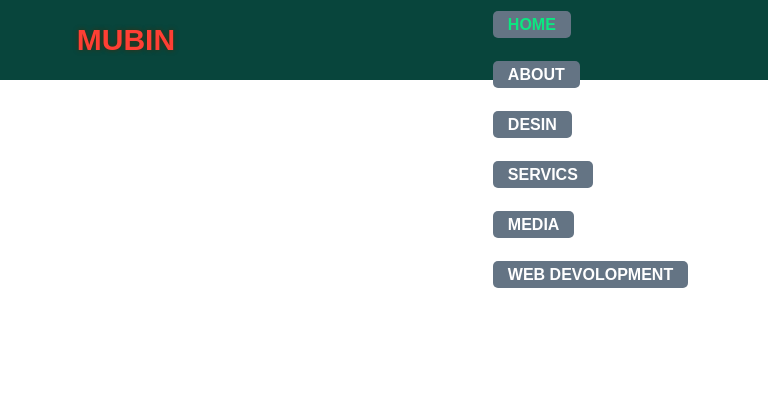
Repository: mdaj6804gmail/1-page-web-theme
Page: index.html
The author's editor kept a copy of each file at every save. The page is drawn from the files as they stood at one save, then again after the next save.
The browser window is 768 px wide. The pictures show the whole page.

Above is the page before, as saved 2022-12-18 13:01:13.

### index.html
<!DOCTYPE html>
<html lang="en">
<head>
  <meta charset="UTF-8">
  <meta http-equiv="X-UA-Compatible" content="IE=edge">
  <meta name="viewport" content="width=device-width, initial-scale=1.0">
  <link rel="stylesheet" href="style.css">
  <title>NAVBAR</title>
</head>
<body>

  <nav>
    <div class="header">
      <label class="logo">MUBIN</label>
      <ul>
       <li><a href="#" style="color: #0be881;">home</a></li>
       <li><a href="#">about</a></li>
       <li><a href="#">desin</a></li>
       <li><a href="#">servics</a></li>
       <li><a href="#">media</a></li>
       <li><a href="#">web devolopment</a></li>
      </ul>

    </div>


  </nav>
</body>
</html>

### style.css
*{
  margin: 0;
  padding: 0;
  list-style: none;
  text-decoration: none;
}
body{
  font-family: Arial, Helvetica, sans-serif;
}
nav{
  background-color: rgb(8, 69, 60);
  width: 100%;
  height: 80px;

}
.header{
  width: 80%;

  margin: 0 auto;
}
nav .logo{
  font-size: 30px;
  color: rgba(255, 63, 52,1.0);
 text-align: center;
 line-height: 80px;
 font-weight: bold;
 text-shadow: 0 0 5px rgb(61, 44, 12);
}
nav ul{
  float: right;

}
nav ul li{
  display: inline-block;
  line-height:80px;
  padding: 0 3px;

}
nav ul li a{
  color: white;
  text-transform: uppercase;
  font-weight:bold;
  padding:5px 15px;
  background-color:rgb(100, 116, 132) ;
  border-radius: 5px;

}
nav ul li a:hover{
  background-color: rgba(111, 3, 3, 07);
  color: rgb(37, 216, 70);
  box-shadow:0 0 5px white;

}

@media (max-width:786px){

  nav ul li{
    display: block;
    line-height: 50px;
  }
  nav ul{
  position: relative;
  top: ;

  }

}

After the next save:
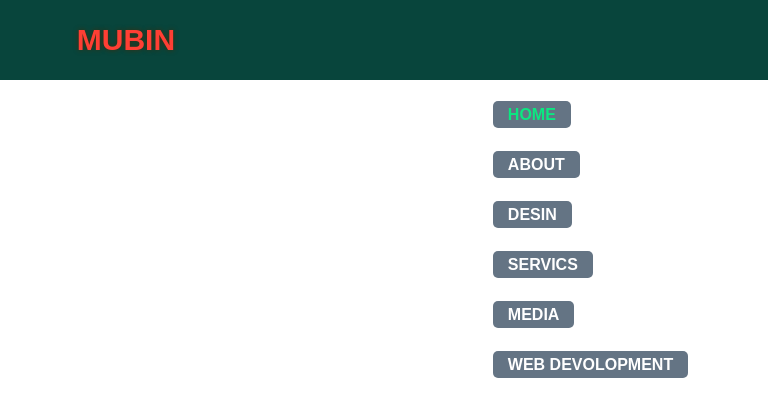
Saved 8 s later.
--- a/style.css
+++ b/style.css
@@ -60,7 +60,7 @@
   }
   nav ul{
   position: relative;
-  top: ;
+  top: 90px;
 
   }
 
